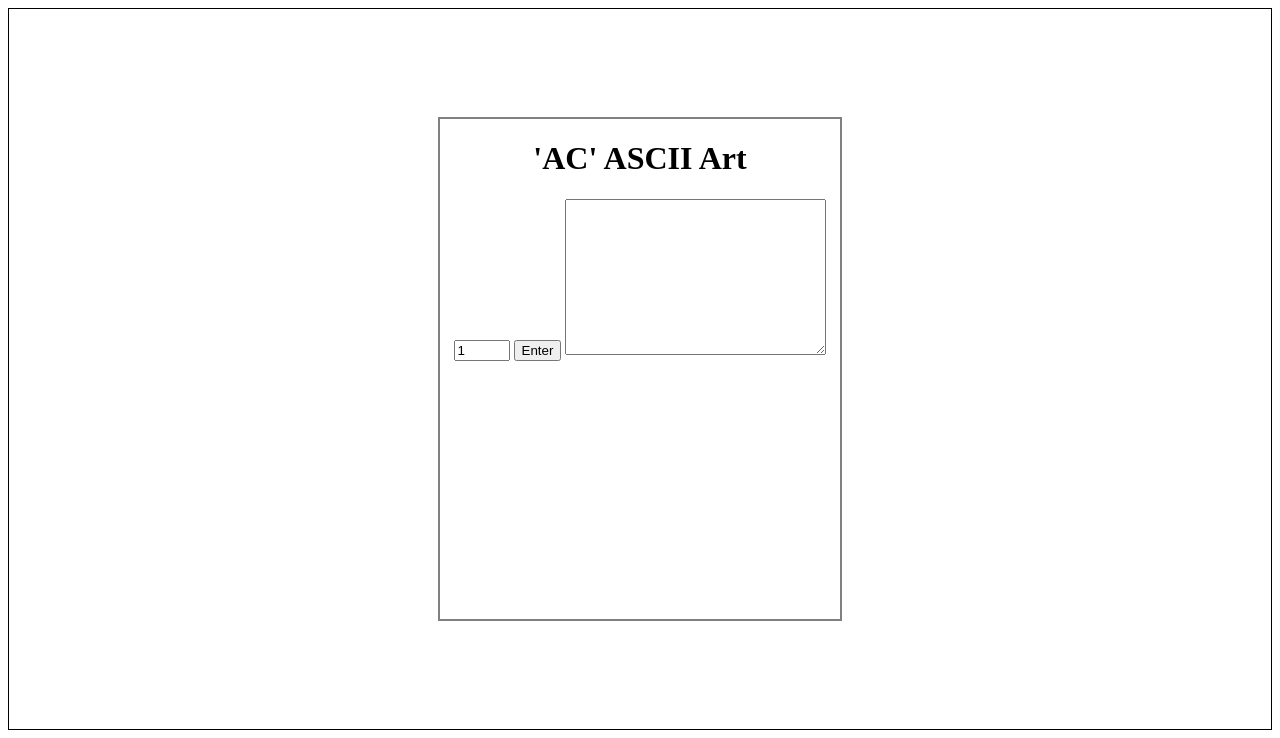
Repository: Achorn/ascii-art
Page: index.html
The author's editor kept a copy of each file at every save. The page is drawn from the files as they stood at one save, then again after the next save.
The browser window is 1280 px wide. The pictures show the whole page.

Above is the page before, as saved 2021-08-08 13:48:52.

### index.html
<!DOCTYPE html>
<html lang="en">
  <head>
    <link rel="stylesheet" href="styles.css" />
    <meta charset="UTF-8" />
    <meta http-equiv="X-UA-Compatible" content="IE=edge" />
    <meta name="viewport" content="width=device-width, initial-scale=1.0" />
    <title>Document</title>
  </head>
  <body>
    <form>
      <h1>'AC' ASCII Art</h1>
      <input type="number" min="1" value="1" max="10" />
      <button>Enter</button>
      <textarea name="" id="" cols="30" rows="10"></textarea>
    </form>
  </body>
</html>

### styles.css
body {
  border: 1px solid black;
  display: flex;
  flex-direction: column;
  justify-content: center;
  align-items: center;
  height: 100vh;
}

form {
  border: 2px solid grey;
  height: 500px;
  width: 400px;
  text-align: center;
}

After the next save:
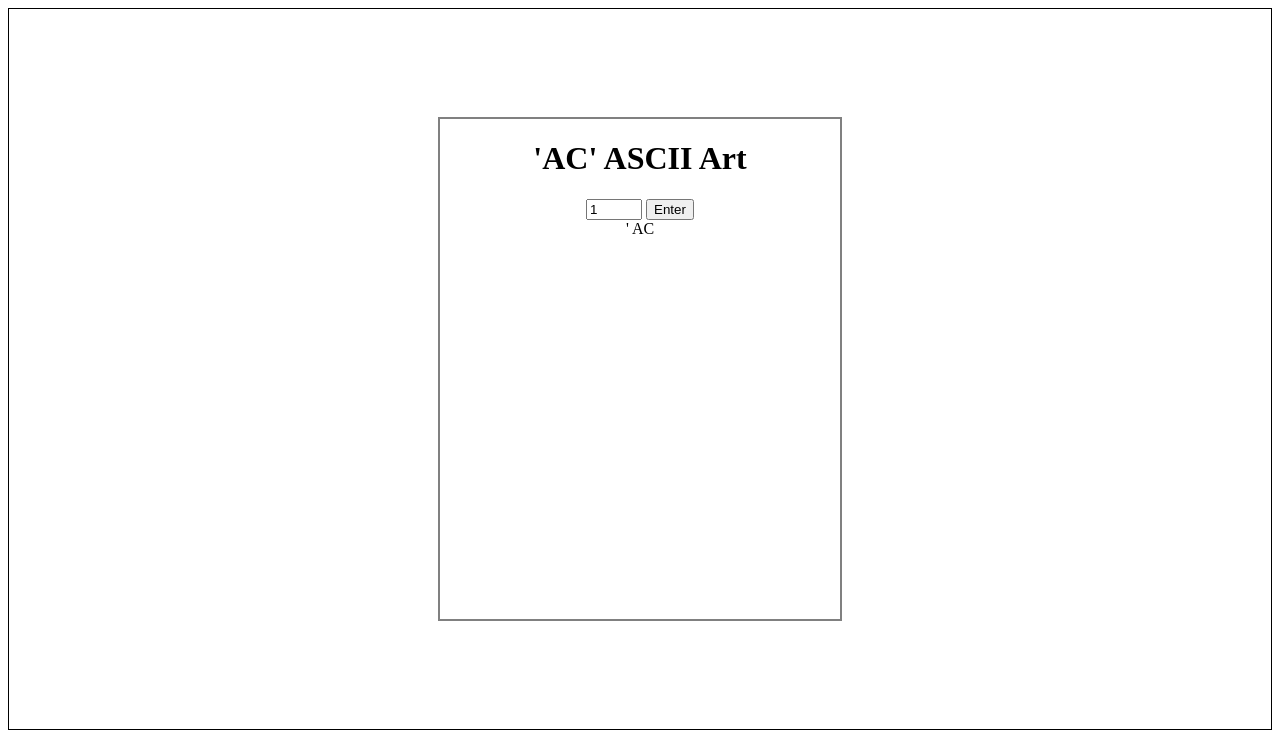
Saved 3 min 3 s later.
--- a/index.html
+++ b/index.html
@@ -12,7 +12,7 @@
       <h1>'AC' ASCII Art</h1>
       <input type="number" min="1" value="1" max="10" />
       <button>Enter</button>
-      <textarea name="" id="" cols="30" rows="10"></textarea>
+      <div>' AC</div>
     </form>
   </body>
 </html>
